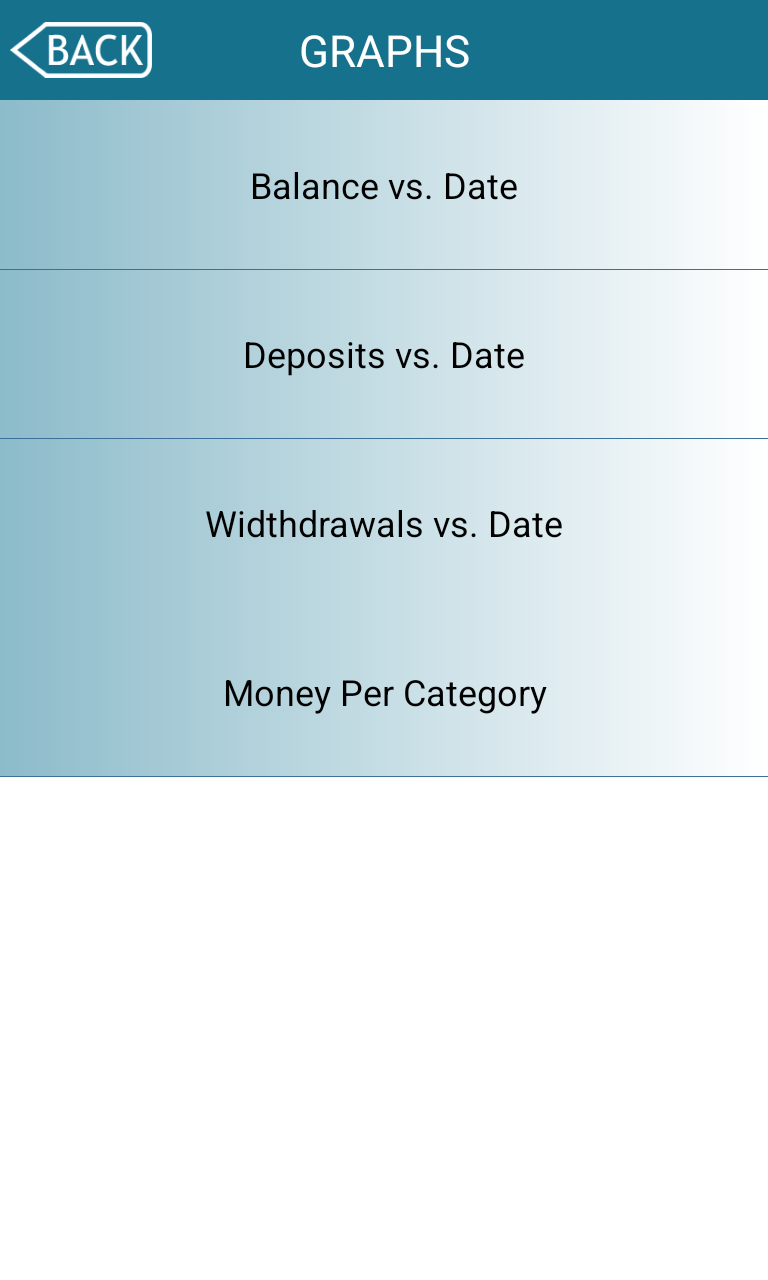
Repository: aawantika/frs
Layout: FinancialApplicationProject/FinancialApplication/src/main/res/layout/activity_graph.xml
An editor plug-in stored every save of this project. The layout is shown before and after the next save, followed by the edit.
It is drawn on a 768 x 1280 px phone screen (xhdpi) without system bars, with theme AppTheme; the app's code is not run.

Above is the layout before, as saved 2014-04-23 16:33:41.

### FinancialApplicationProject/FinancialApplication/src/main/res/layout/activity_graph.xml
<RelativeLayout xmlns:android="http://schemas.android.com/apk/res/android"
    xmlns:tools="http://schemas.android.com/tools"
    android:id="@+id/container"
    android:layout_width="match_parent"
    android:layout_height="match_parent"
    tools:context="edu.gatech.financialapplication.GraphActivity"
    tools:ignore="MergeRootFrame" >

    <TextView
        android:id="@+id/textView1"
        android:layout_width="fill_parent"
        android:layout_height="50dp"
        android:layout_alignParentTop="true"
        android:layout_centerHorizontal="true"
        android:background="#16718d"
        android:gravity="center"
        android:text="@string/graphsTitle"
        android:textAppearance="?android:attr/textAppearanceLarge"
        android:textColor="#ffffff" />

    <Button
        android:id="@+id/back"
        android:layout_width="71dp"
        android:layout_height="28dp"
        android:layout_alignParentLeft="true"
        android:layout_alignParentTop="true"
        android:layout_marginLeft="5dp"
        android:layout_marginTop="11dp"
        android:background="@drawable/back_button"
        android:onClick="onBackClick" />

    <Button
        android:id="@+id/wd"
        android:layout_width="wrap_content"
        android:layout_height="wrap_content"
        android:layout_alignParentLeft="true"
        android:layout_alignParentRight="true"
        android:layout_below="@+id/dd"
        android:background="@drawable/large_rectangle_selectorbutton"
        android:onClick="onWithdrawalClick"
        android:text="@string/wd" />

    <Button
        android:id="@+id/mpc"
        android:layout_width="wrap_content"
        android:layout_height="wrap_content"
        android:layout_alignParentLeft="true"
        android:layout_alignParentRight="true"
        android:layout_below="@+id/wd"
        android:background="@drawable/large_rectangle_selectorbutton"
        android:text="@string/mpc" />

    <Button
        android:id="@+id/dd"
        android:layout_width="wrap_content"
        android:layout_height="wrap_content"
        android:layout_alignParentLeft="true"
        android:layout_alignParentRight="true"
        android:layout_below="@+id/bd"
        android:background="@drawable/large_rectangle_selectorbutton"
        android:onClick="onDepositClick"
        android:text="@string/dd" />

    <Button
        android:id="@+id/bd"
        android:layout_width="wrap_content"
        android:layout_height="wrap_content"
        android:layout_alignParentLeft="true"
        android:layout_alignParentRight="true"
        android:layout_below="@+id/textView1"
        android:background="@drawable/large_rectangle_selectorbutton"
        android:onClick="onDepositClick"
        android:text="@string/bd" />

	<TextView
        android:id="@+id/border1"
        android:layout_width="fill_parent"
        android:layout_height="0.5dp"
        android:layout_alignParentLeft="true"
        android:layout_below="@+id/bd"
        android:background="#3a7099" />

	<TextView
        android:id="@+id/border2"
        android:layout_width="fill_parent"
        android:layout_height="0.5dp"
        android:layout_alignParentLeft="true"
        android:layout_below="@+id/bd"
        android:background="#3a7099" />

	<TextView
        android:id="@+id/border3"
        android:layout_width="fill_parent"
        android:layout_height="0.5dp"
        android:layout_alignParentLeft="true"
        android:layout_below="@+id/dd"
        android:background="#3a7099" />

	<TextView
        android:id="@+id/border4"
        android:layout_width="fill_parent"
        android:layout_height="0.5dp"
        android:layout_alignParentLeft="true"
        android:layout_below="@+id/mpc"
        android:background="#3a7099" />


</RelativeLayout>

### FinancialApplicationProject/FinancialApplication/src/main/res/values/strings.xml
<?xml version="1.0" encoding="utf-8"?>
<resources>

    <string name="app_name">FooBar\'s Rib Shack</string>

    <!-- TextView -->
    <string name="firstname">First Name</string>
    <string name="lastname">Last Name</string>
    <string name="username">Username</string>
    <string name="password">Password</string>
    <string name="passwordHintText">Password Hint</string>
    <string name="email">Email</string>
    <string name="amount">Amount</string>
    <string name="balance">Balance</string>
    <string name="totalDeposits">Total Deposits</string>
    <string name="totalWithdrawals">Total Withdrawals</string>
    <string name="category">Category</string>
    <string name="reason">Reason</string>
    <string name="date">Date</string>
    <string name="startDate">Start Date</string>
    <string name="endDate">End Date</string>
    <string name="defaultAmount">Default Amount</string>
    <string name="forgotPassword">Forgot Password?</string>
    <string name="netFlow">Net Flow</string>
    <string name="accountNum">Account Number:</string>
    <string name="oldPassword">Old Password</string>
    <string name="newPassword">New Password</string>
    <string name="confirmPassword">Confirm Password</string>

    <!-- Hints/EditText -->
    <string name="usernameHint">Enter username</string>
    <string name="passwordHint">Enter password</string>
    <string name="passwordHintTextHint">Enter hint</string>
    <string name="firstnameHint">Enter first name</string>
    <string name="lastnameHint">Enter last name</string>
    <string name="emailHint">gburdell9@gatech.edu</string>
    <string name="dateHint">01/01/2014</string>
    <string name="defaultAmountHint">100USD or higher</string>
    <string name="reasonHint">Enter reason</string>
    <string name="amountHint">Enter amount</string>
    <string name="categoryHint">Enter category</string>
    <string name="oldPasswordHint">Enter old password</string>
    <string name="newPasswordHint">Enter new password</string>
    <string name="confirmPasswordHint">Reenter password</string>
    <string name="day">DD</string>
    <string name="month">MM</string>
    <string name="year">YYYY</string>

    <!-- Buttons -->
    <string name="login">Log In</string>
    <string name="register">Register</string>
    <string name="createAccount">Create Account</string>
    <string name="submit">Submit</string>
    <string name="deposit">Deposit</string>
    <string name="withdrawal">Withdrawal</string>
    <string name="reports">Reports</string>
    <string name="graphs">Graphs</string>
    <string name="back">Transactions</string>
    <string name="unused">unused</string>
    <string name="cancel">Cancel</string>
    <string name="home">Home</string>
    <string name="changePassword">Change Password</string>

    <!-- Titles -->
    <string name="registration">REGISTRATION</string>
    <string name="createAccountTitle">CREATE ACCOUNT</string>
    <string name="depositTitle">DEPOSIT</string>
    <string name="withdrawalTitle">WITHDRAWAL</string>
    <string name="reportsTitle">REPORTS</string>
    <string name="graphsTitle">GRAPHS</string>
    <string name="loginTitle">LOGIN</string>
    <string name="homeTitle">HOME</string>
    <string name="forgotTitle">FORGOT PASSWORD</string>
    <string name="csrTitle">CONSUMER SPENDING</string>
    <string name="isrTitle">INCOME SOURCE</string>
    <string name="cfrTitle">CASH FLOW</string>
    <string name="thrTitle">TRANSACTION HISTORY</string>


    <!-- Splash Screen -->
    <string name="teamNumber">Team 15</string>
    <string name="tika">Aawantika Sahu</string>
    <string name="max">Jason Bires</string>
    <string name="joseph">Hyun Jong Lee</string>
    <string name="prav">Pravallika Tadikonda</string>
    <string name="shannon">Shannon Nguyen</string>

    <!-- Date Picker -->
    <string name="startDateTV">Enter Start Date</string>
    <string name="endDateTV">Enter End Date</string>

    <!-- Reports -->
    <string name="scr">Spending Category Report</string>
    <string name="isr">Income Source Report</string>
    <string name="cfr">Cash Flow Report</string>
    <string name="thr">Transaction History Report</string>

    <!-- Graphs -->
    <string name="bd">Balance vs. Date</string>
    <string name="wd">Widthdrawals vs. Date</string>
    <string name="dd">Deposits vs. Date</string>
    <string name="mpc">Money Per Category</string>

    <!-- Categories for Withdrawal -->
    <string name="category_prompt">Choose category</string>

    <string-array name="category_array">
        <item>Gas</item>
        <item>Rent</item>
        <item>Clothing</item>
        <item>Business</item>
        <item>Groceries</item>
        <item>Entertainment</item>
    </string-array>

    <!-- ?? -->
    <string name="gas">Gas</string>
    <string name="rent">Rent</string>
    <string name="clothing">Clothing</string>
    <string name="business">Business</string>
    <string name="groceries">Groceries</string>
    <string name="entertainment">Entertainment</string>

    <!-- ??? -->
    <string name="hello_world">Hello world!</string>
    <string name="action_settings">Settings</string>
    <string name="logout">Logout</string>
    <string name="title_activity_graph">GraphActivity</string>

</resources>

### FinancialApplicationProject/FinancialApplication/src/main/res/drawable/back_button.xml
<?xml version="1.0" encoding="utf-8"?>
<selector xmlns:android="http://schemas.android.com/apk/res/android">
    <item android:drawable="@drawable/back2"
          android:state_pressed="true" />
    <item android:drawable="@drawable/back"
          android:state_focused="true" />
    <item android:drawable="@drawable/back" />
</selector>

### FinancialApplicationProject/FinancialApplication/src/main/res/drawable/large_rectangle_selectorbutton.xml
<?xml version="1.0" encoding="utf-8"?>
<selector xmlns:android="http://schemas.android.com/apk/res/android">
    <item android:drawable="@drawable/large_rectangle_selector2"
          android:state_pressed="true" />
    <item android:drawable="@drawable/large_rectangle_selector"
          android:state_focused="true" />
    <item android:drawable="@drawable/large_rectangle_selector" />
</selector>

### FinancialApplicationProject/FinancialApplication/src/main/res/drawable/large_rectangle_selector2.xml
<?xml version="1.0" encoding="utf-8"?>
<shape xmlns:android="http://schemas.android.com/apk/res/android" >
    <gradient
        android:endColor="#5ea3b9"
        android:startColor="#00004a80"
        android:angle="180" />
    <padding
        android:left="10dp"
        android:right="10dp"
        android:top="30dp"
        android:bottom="30dp" />
</shape>

### FinancialApplicationProject/FinancialApplication/src/main/res/drawable/large_rectangle_selector.xml
<?xml version="1.0" encoding="utf-8"?>
<shape xmlns:android="http://schemas.android.com/apk/res/android" >
    <gradient
        android:endColor="#8cbbca"
        android:startColor="#00004a80"
        android:angle="180" />
    <padding
        android:left="10dp"
        android:right="10dp"
        android:top="30dp"
        android:bottom="30dp" />
</shape>

Loaded but not shown: FinancialApplicationProject/FinancialApplication/src/main/res/values/styles.xml (common file)

After the next save:
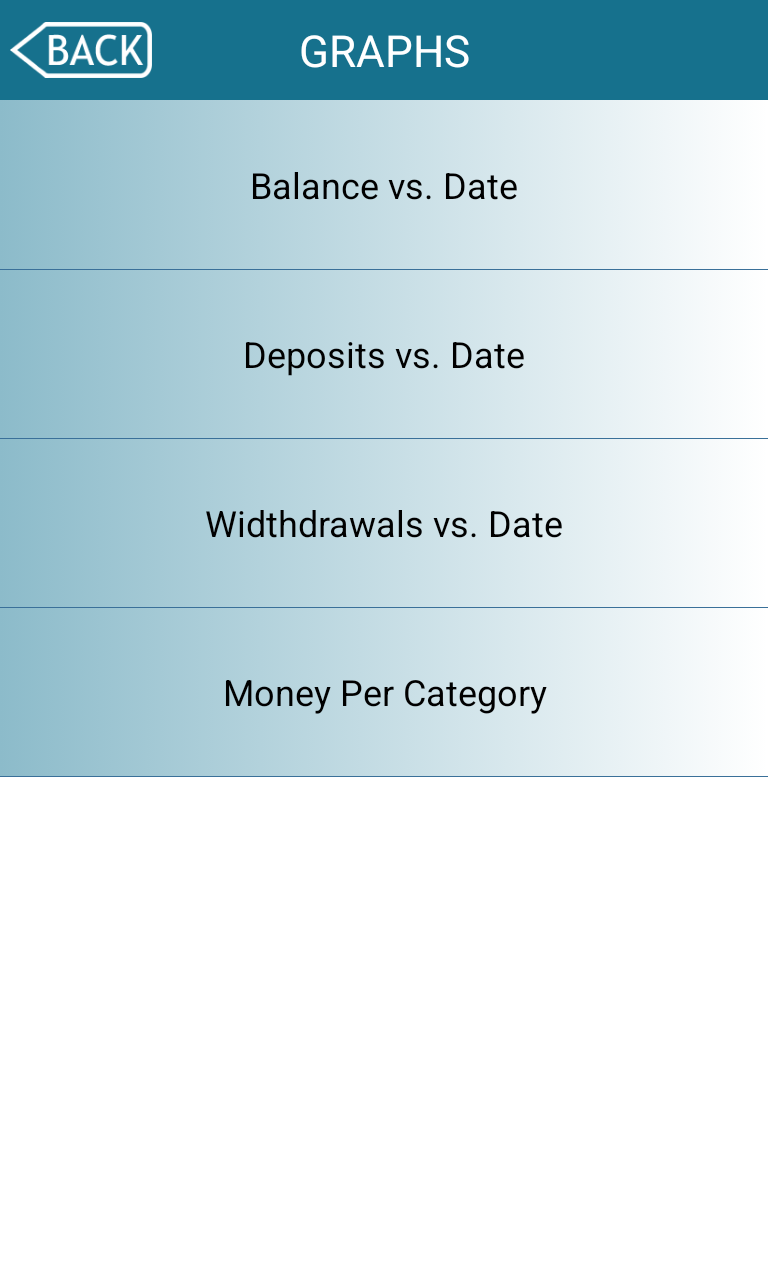
Saved 88 s later.
--- a/FinancialApplicationProject/FinancialApplication/src/main/res/layout/activity_graph.xml
+++ b/FinancialApplicationProject/FinancialApplication/src/main/res/layout/activity_graph.xml
@@ -85,7 +85,7 @@
         android:layout_width="fill_parent"
         android:layout_height="0.5dp"
         android:layout_alignParentLeft="true"
-        android:layout_below="@+id/bd"
+        android:layout_below="@+id/wd"
         android:background="#3a7099" />
 
 	<TextView
